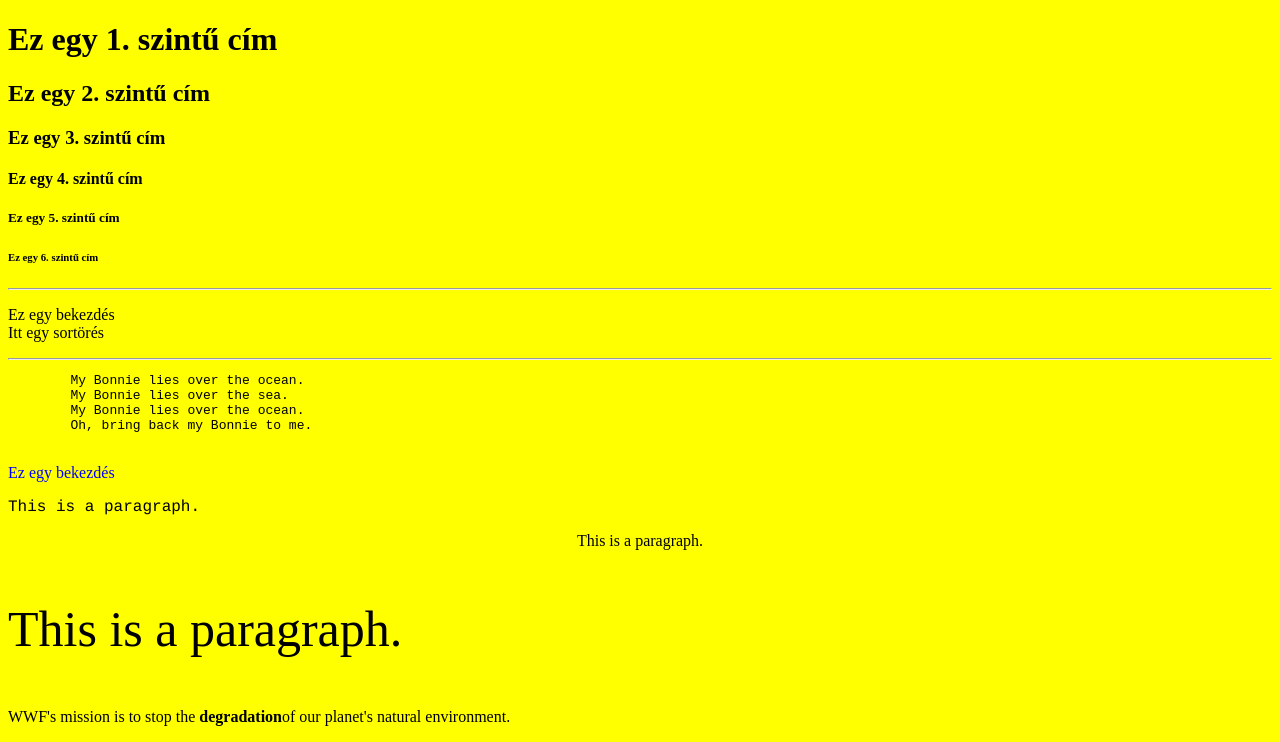
Repository: doomhyena/Web
Page: 2.óra/inedx.html
These files come from the project's save history. The page is drawn as it stood at one moment and after the next save; the edit follows.
The browser window is 1280 px wide. The pictures show the whole page.

Above is the page before, as saved 2024-09-13 11:29:31.

### 2.óra/inedx.html
<!DOCTYPE html>
<html>
   <head>
       <!-- ITT ADHATOD MEG AZ OLDAL NEVÉT -->
       <title>2.óra</title>

       <!-- AZ OLDALLAL KAPCSOLATOS FONTOS ADATOK -->
       <meta charset='UTF-8'>
       <meta name='description' content='2.óra // 2024.09.13'>
       <meta name='keywords' content='Keresést, Segítő, Szavak, Vesszővel, Elválasztva'>
       <meta name='author' content='Neved'>
       <meta name='viewport' content='width=device-width, initial-scale=1.0'>
   </head>
   <body>
    <body style="background-color:yellow;"> <!-- Sárgára színezi a hátteret -->
    <h1>Ez egy 1. szintű cím</h1> <!-- 1.szintű címsor -->
    <h2>Ez egy 2. szintű cím</h2> <!-- 1.szintű címsor  -->
    <h3>Ez egy 3. szintű cím</h3> <!-- 1.szintű címsor  -->
    <h4>Ez egy 4. szintű cím</h4> <!-- 1.szintű címsor -->
    <h5>Ez egy 5. szintű cím</h5> <!-- 1.szintű címsor  -->
    <h6>Ez egy 6. szintű cím</h6> <!-- 1.szintű címsor  -->
    <hr>
    <p>Ez egy bekezdés <br> Itt egy sortörés </p>
    <hr>
    <!-- EZ EGY KOMMENT -->
    <pre>
        My Bonnie lies over the ocean.
        My Bonnie lies over the sea.
        My Bonnie lies over the ocean.
        Oh, bring back my Bonnie to me.
    </pre>
    <p style="color:blue;">Ez egy bekezdés</p>
    <p style="font-family:courier;">This is a paragraph.</p>
    <p style="text-align:center;">This is a paragraph.</p>
    <p style="font-size:50px;">This is a paragraph.</p>
    <p>WWF's mission is to stop the <strong>degradation</strong>of our planet's natural environment.</p>
   </body>
</html>

After the next save:
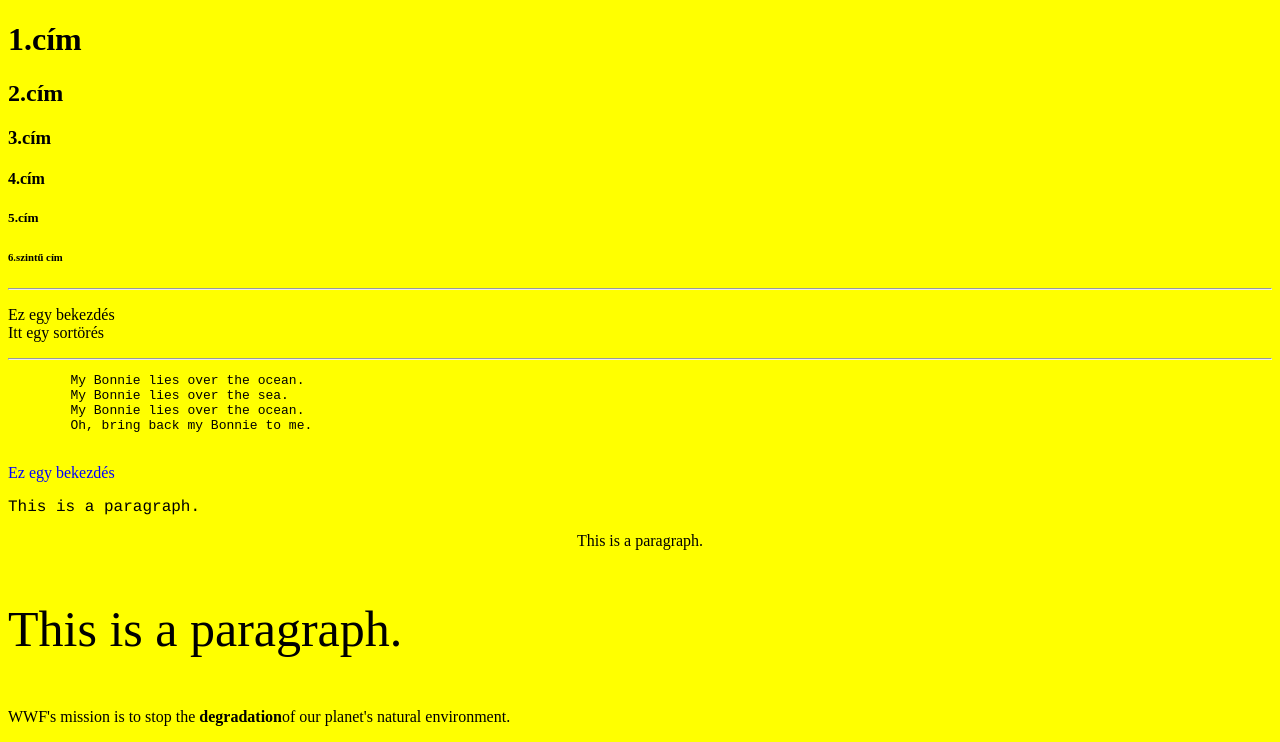
Saved 49 s later.
--- a/2.óra/inedx.html
+++ b/2.óra/inedx.html
@@ -13,12 +13,12 @@
    </head>
    <body>
     <body style="background-color:yellow;"> <!-- Sárgára színezi a hátteret -->
-    <h1>Ez egy 1. szintű cím</h1> <!-- 1.szintű címsor -->
-    <h2>Ez egy 2. szintű cím</h2> <!-- 1.szintű címsor  -->
-    <h3>Ez egy 3. szintű cím</h3> <!-- 1.szintű címsor  -->
-    <h4>Ez egy 4. szintű cím</h4> <!-- 1.szintű címsor -->
-    <h5>Ez egy 5. szintű cím</h5> <!-- 1.szintű címsor  -->
-    <h6>Ez egy 6. szintű cím</h6> <!-- 1.szintű címsor  -->
+    <h1>1.cím</h1> <!-- 1.szintű címsor -->
+    <h2>2.cím</h2> <!-- 1.szintű címsor  -->
+    <h3>3.cím</h3> <!-- 1.szintű címsor  -->
+    <h4>4.cím</h4> <!-- 1.szintű címsor -->
+    <h5>5.cím</h5> <!-- 1.szintű címsor  -->
+    <h6>6.szintű cím</h6> <!-- 1.szintű címsor  -->
     <hr>
     <p>Ez egy bekezdés <br> Itt egy sortörés </p>
     <hr>
